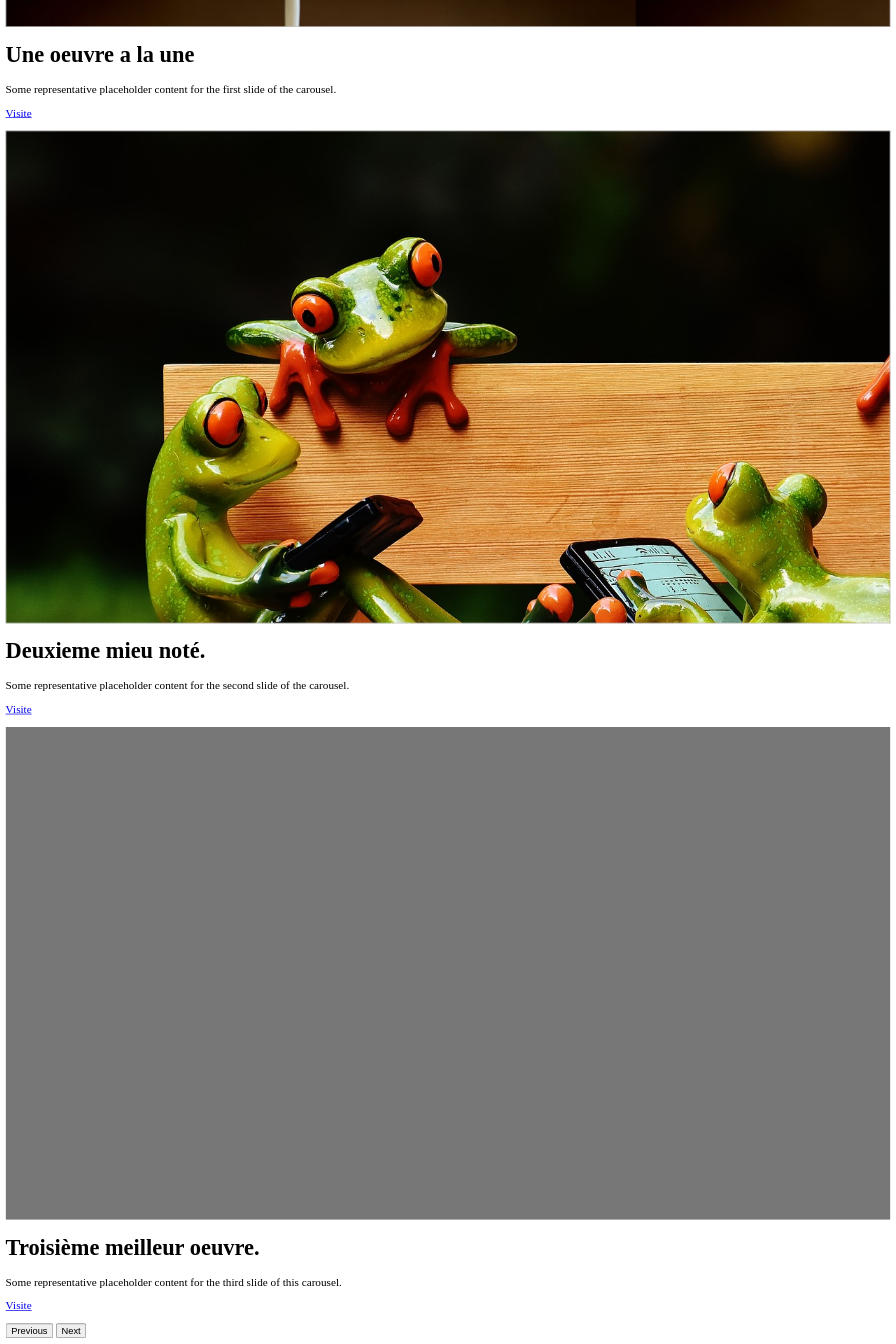
Repository: Amedee7/mypain
Page: templates/home/welcome.html.twig
The author's editor kept a copy of each file at every save. The page is drawn from the files as they stood at one save, then again after the next save.
The browser window is 1280 px wide. The pictures show the part of the page from y = 691 to 2611 px (the page is 2611 px tall), at 70% of full size.
The page is a Twig template of a Symfony application; nobody is signed in and links lead nowhere. The template is opened directly, without the code that normally fills it, so the values that code supplies are empty.

Above is the page before, as saved 2022-04-04 09:38:06.

After the next save:
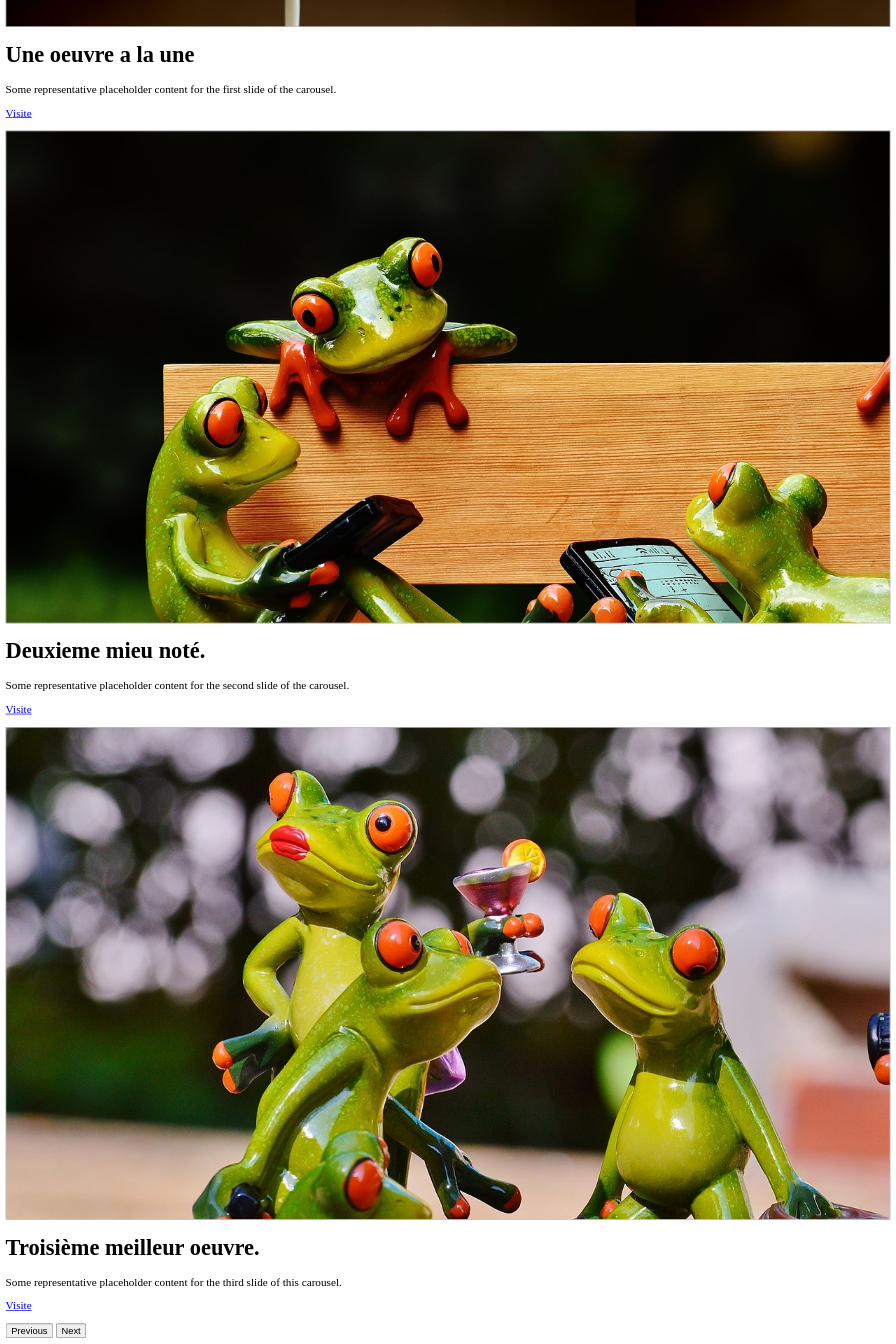
Saved 41 s later.
--- a/templates/home/welcome.html.twig
+++ b/templates/home/welcome.html.twig
@@ -32,7 +32,7 @@
 			</div>
 		</div>
 		<div class="carousel-item">
-			<svg class="bd-placeholder-img" width="100%" height="100%" xmlns="http://www.w3.org/2000/svg" aria-hidden="true" preserveaspectratio="xMidYMid slice" focusable="false"><rect width="100%" height="100%" fill="#777"/></svg>
+			<img class="bd-placeholder-img" width="100%" height="100%" style="background-image: url('/img/img_2.jpg');" aria-hidden="true" preserveaspectratio="xMidYMid slice" focusable="false"><rect width="100%" height="100%" fill="#777"/>
 
 			<div class="container">
 				<div class="carousel-caption text-end">
